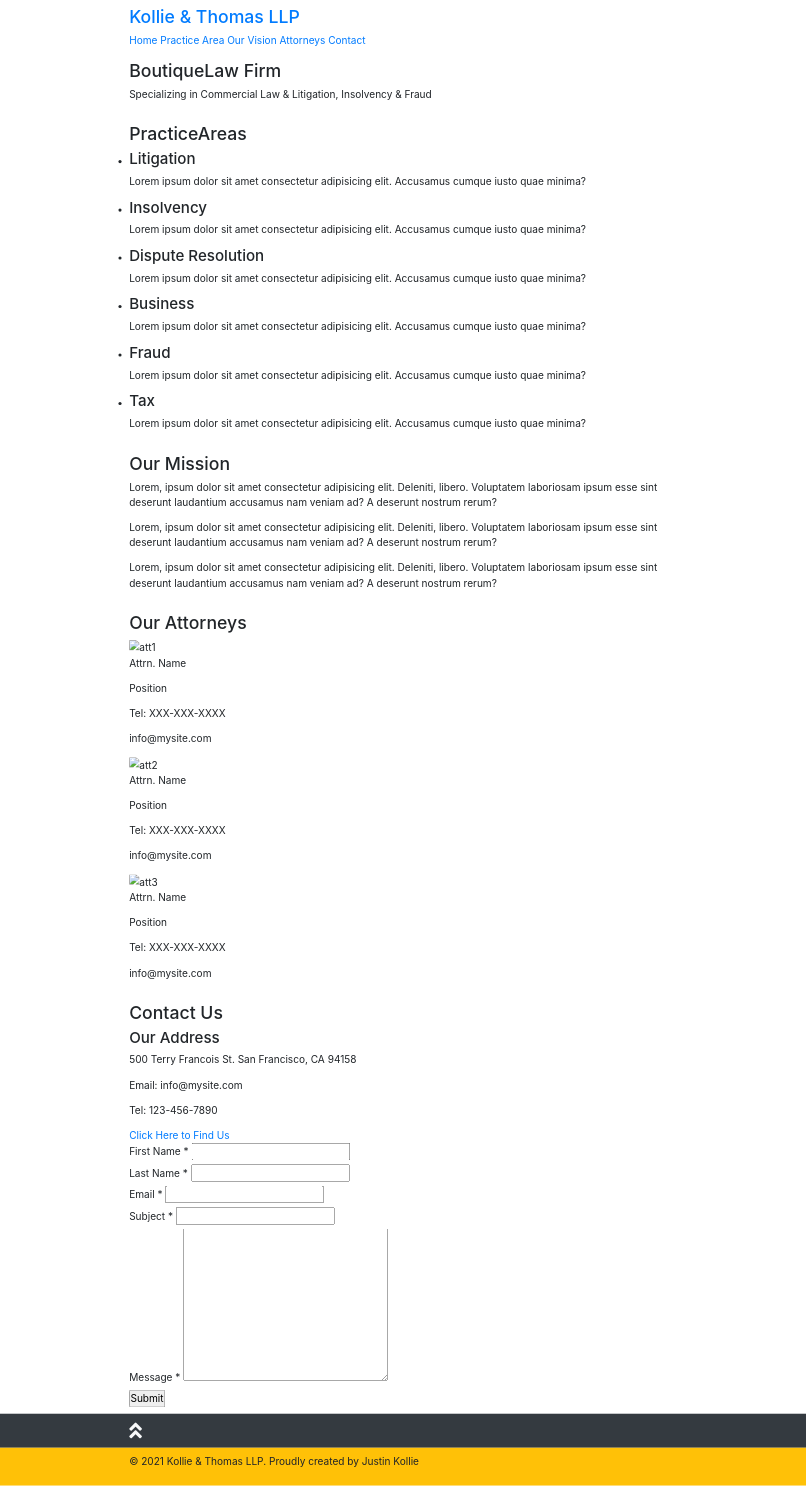
Repository: just-mann/kolllie-kolliellp
Page: index.html
These files come from the project's save history. The page is drawn as it stood at one moment and after the next save; the edit follows.
The browser window is 1280 px wide. The pictures show the whole page, at 63% of full size.

Above is the page before, as saved 2021-06-01 17:03:58.

### index.html
<!DOCTYPE html>
<html lang="en">
<head>
    <meta charset="UTF-8">
    <meta name="viewport" content="width=device-width, initial-scale=1.0">
    <meta http-equiv="X-UA-Compatible" content="ie=edge">
    <meta name="Description" content="Enter your description here"/>
    <!-- Font Awesome Icons -->
    <link rel="stylesheet" href="https://cdnjs.cloudflare.com/ajax/libs/font-awesome/5.15.3/css/all.min.css" referrerpolicy="no-referrer" />
    <link rel="stylesheet" href="https://cdnjs.cloudflare.com/ajax/libs/twitter-bootstrap/4.6.0/css/bootstrap.min.css">
    <link rel="stylesheet" href="https://cdnjs.cloudflare.com/ajax/libs/font-awesome/5.15.2/css/all.min.css">
    <link rel="stylesheet" href="assets/css/utilities.css">
    <link rel="stylesheet" href="assets/css/style.css">
    <title>Kollie & Thomas LLP</title>
</head>
<body>
    <nav class="myNavbar">
        <div class="myContainer">
            <a href="#" class="myLogo"><h3>Kollie & Thomas LLP</h3></a>
            <div class="links">
                <a href="#">Home</a>
                <a href="#practiceArea">Practice Area</a>
                <a href="#ourVision">Our Vision</a>
                <a href="#ourAttorneys">Attorneys</a>
                <a href="#contact">Contact</a>
            </div>
        </div>
    </nav>
    <section class="heroSection">
        <div class="myContainer">
            <h3><span>Boutique</span>Law Firm</h3>
            <p>Specializing in Commercial Law & Litigation, Insolvency & Fraud</p>
        </div>
    </section>
    <section class="practiceArea" id="practiceArea">
        <div class="myContainer">
            <div class="practiceArreaDiv">
                <div class="left__side">
                    <h3><span>Practice</span>Areas</h3>
                </div>
                <div class="right__side">
                    <ul>
                        <div class="left">
                            <li><h4>Litigation</h4></li>
                            <p>Lorem ipsum dolor sit amet consectetur adipisicing elit. Accusamus cumque iusto quae minima?</p>
                            <li><h4>Insolvency</h4></li>
                            <p>Lorem ipsum dolor sit amet consectetur adipisicing elit. Accusamus cumque iusto quae minima?</p>
                            <li><h4>Dispute Resolution</h4></li>
                            <p>Lorem ipsum dolor sit amet consectetur adipisicing elit. Accusamus cumque iusto quae minima?</p>
                        </div>
                        <div class="right">
                            <li><h4>Business</h4></li>
                            <p>Lorem ipsum dolor sit amet consectetur adipisicing elit. Accusamus cumque iusto quae minima?</p>
                            <li><h4>Fraud</h4></li>
                            <p>Lorem ipsum dolor sit amet consectetur adipisicing elit. Accusamus cumque iusto quae minima?</p>
                            <li><h4>Tax</h4></li>
                            <p>Lorem ipsum dolor sit amet consectetur adipisicing elit. Accusamus cumque iusto quae minima?</p>
                        </div>
                    </ul>
                </div>
            </div>
        </div>
    </section>
    <section class="ourVision" id="ourVision">
        <div class="myContainer">
            <div class="ourVisionDiv">
                <h3 class="">Our Mission</h3>
                <div>
                    <p>Lorem, ipsum dolor sit amet consectetur adipisicing elit. Deleniti, libero. Voluptatem laboriosam ipsum esse sint deserunt laudantium accusamus nam veniam ad? A deserunt nostrum rerum?</p>
                </div>
                <div>
                    <p>Lorem, ipsum dolor sit amet consectetur adipisicing elit. Deleniti, libero. Voluptatem laboriosam ipsum esse sint deserunt laudantium accusamus nam veniam ad? A deserunt nostrum rerum?</p>
                </div>
                <div>
                    <p>Lorem, ipsum dolor sit amet consectetur adipisicing elit. Deleniti, libero. Voluptatem laboriosam ipsum esse sint deserunt laudantium accusamus nam veniam ad? A deserunt nostrum rerum?</p>
                </div>
            </div>
        </div>
    </section>
    <div class="parallaxImg">

    </div>
    <section class="ourAttorneys" id="ourAttorneys">
        <div class="myContainer">
            <h3>Our Attorneys</h3>
            <div class="attorneysDiv">
                <div class="attCard">
                    <img src="" alt="att1">
                    <div>
                        <p>Attrn. Name</p>
                        <p>Position</p>
                    </div>
                    <div>
                        <p>Tel: XXX-XXX-XXXX</p>
                        <p>info@mysite.com</p>
                    </div>
                </div>
                <div class="attCard">
                    <img src="" alt="att2">
                    <div>
                        <p>Attrn. Name</p>
                        <p>Position</p>
                    </div>
                    <div>
                        <p>Tel: XXX-XXX-XXXX</p>
                        <p>info@mysite.com</p>
                    </div>
                </div>
                <div class="attCard">
                    <img src="" alt="att3">
                    <div>
                        <p>Attrn. Name</p>
                        <p>Position</p>
                    </div>
                    <div>
                        <p>Tel: XXX-XXX-XXXX</p>
                        <p>info@mysite.com</p>
                    </div>
                </div>
            </div>
        </div>
    </section>
    <section class="contact" id="contact">
        <div class="myContainer">
            <div class="contactDiv">
                <div class="left__side">
                    <h3>Contact Us</h3>
                </div>
                <div class="right__side">
                    <h4><span>Our</span> Address</h4>
                    <div class="addressDiv">
                        <p>500 Terry Francois St. San Francisco, CA 94158</p>
                        <p>Email: info@mysite.com</p>
                        <p>Tel:  123-456-7890</p>
                    </div>
                    <div class="clickToFind">
                        <a href="#">Click Here to Find Us</a>
                    </div>
                    <form action="">
                        <div class="left__side">
                            <div>
                                <label for="firstName">First Name *</label>
                                <input type="text" name="firstName" required>
                            </div>
                            <div>
                                <label for="lastName">Last Name *</label>
                                <input type="text" name="lastName" required>
                            </div>
                            <div>
                                <label for="email">Email *</label>
                                <input type="email" name="name" required>
                            </div>
                            <div>
                                <label for="subject">Subject *</label>
                                <input type="text" name="subject" required>
                            </div>
                        </div>
                        <div class="right__side">
                            <label for="message">Message *</label>
                            <textarea name="message" id="message" cols="30" rows="10" required></textarea>
                        </div>
                        <div>
                            <input type="submit" value="Submit">
                        </div>
                    </form>
                </div>
            </div>
        </div>
    </section>
    <section class="backUpTop bg-dark">
        <div class="myContainer">
            <i class="fas fa-angle-double-up fa-2x text-light"></i>
        </div>
    </section>
    <footer class="footer bg-warning">
        <div class="myContainer">
            <p>© 2021 Kollie & Thomas LLP. Proudly created by Justin Kollie</p>
        </div>
    </footer>
    <!-- Optional Scripts -->
    <script src="assets/scripts/myScript.js"></script>
    <script src="https://cdnjs.cloudflare.com/ajax/libs/jquery/3.5.1/jquery.slim.min.js"></script>
    <script src="https://cdnjs.cloudflare.com/ajax/libs/popper.js/1.16.1/umd/popper.min.js"></script>
    <script src="https://cdnjs.cloudflare.com/ajax/libs/twitter-bootstrap/4.6.0/js/bootstrap.min.js"></script>
</body>
</html>

### assets/css/utilities.css


.myContainer {
    max-width: 900px;
    margin: 0 auto;
    padding: 10px 15px;
}

### assets/css/style.css
* {
    padding: 0;
    margin: 0;
    box-sizing: border-box;
}

html {
    scroll-behavior: smooth;
}

body {
    /* background-color: rgb(255, 255, 255); */
}

### assets/scripts/myScript.js
console.log('It works');

After the next save:
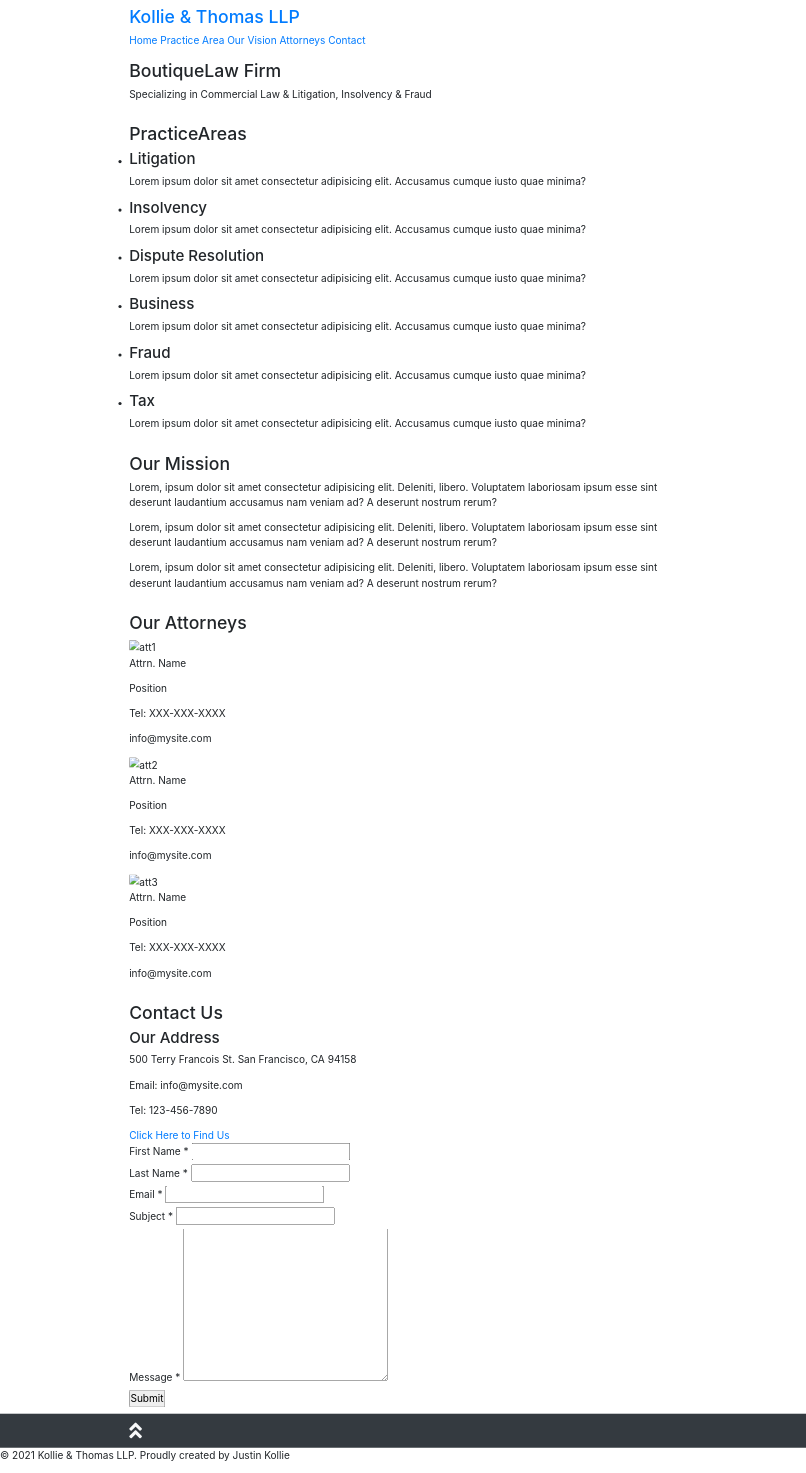
Saved 18 s later.
--- a/index.html
+++ b/index.html
@@ -172,8 +172,7 @@
             <i class="fas fa-angle-double-up fa-2x text-light"></i>
         </div>
     </section>
-    <footer class="footer bg-warning">
-        <div class="myContainer">
+    <footer class="footer bg-warninontainer">
             <p>© 2021 Kollie & Thomas LLP. Proudly created by Justin Kollie</p>
         </div>
     </footer>
